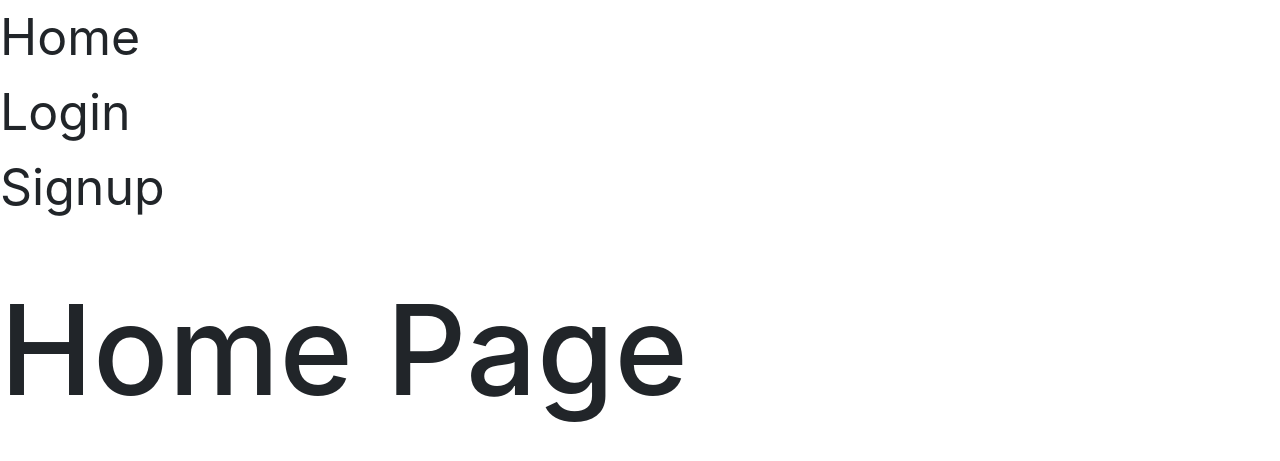
Repository: SCScbc-Projects2022/project-three
Page: / (app in client/)
An editor plug-in stored every save of this project. The page is shown before and after a run of saves, followed by the edit.
The browser window is 1280 px wide. The pictures show the whole page.
The project was rebuilt for these pictures with package versions that can differ from the ones it lists, and the page was loaded fresh each time. Also part of the build but not shown: client/src/utils/mutations.js, client/src/components/LoginForm.js, client/src/components/SignupForm.js.

Above is the page before, as saved 2022-07-18 10:19:45.

After the next 3 saves:
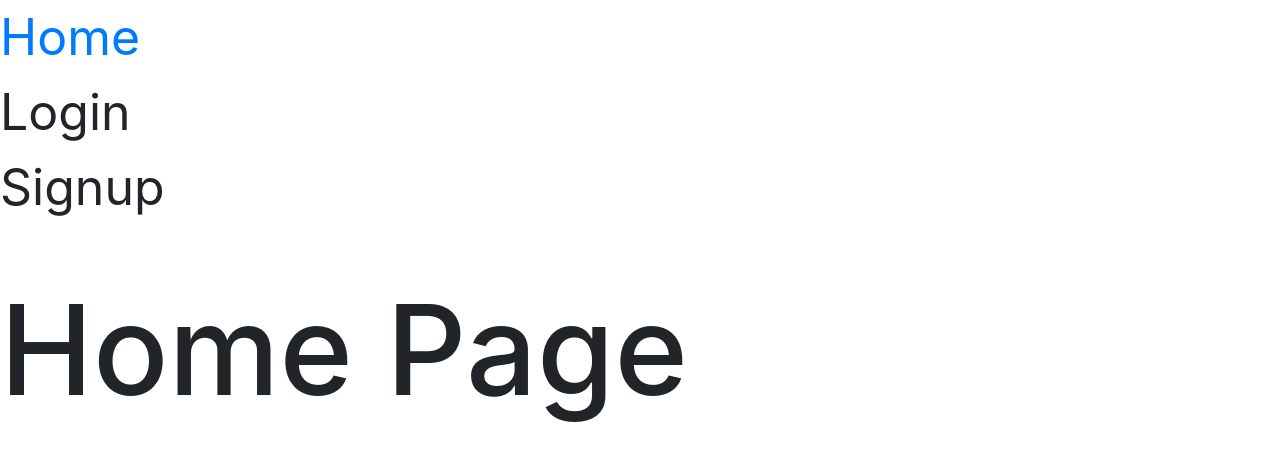
The 3 saves are shown as one change because they came seconds apart.
The last was saved 19 s later.
--- a/client/src/components/Navbar.js
+++ b/client/src/components/Navbar.js
@@ -28,7 +28,15 @@ const Navbar = ({ setActivePage, activePage }) => {
   return (
     <>
       <ul>
-        <li>Home</li>
+        <li>
+          <a
+            className={`navItem ${activePage.portfolio ? 'active' : ''}`}
+            href="#Portfolio"
+            onClick={(e) => handlePage(e)}
+          >
+            Home
+          </a>
+        </li>
         {/* Add conditionally rendering for Login and Signup (i.e. Show signup when not logged in) */}
         <li>Login</li>
         <li>Signup</li>
